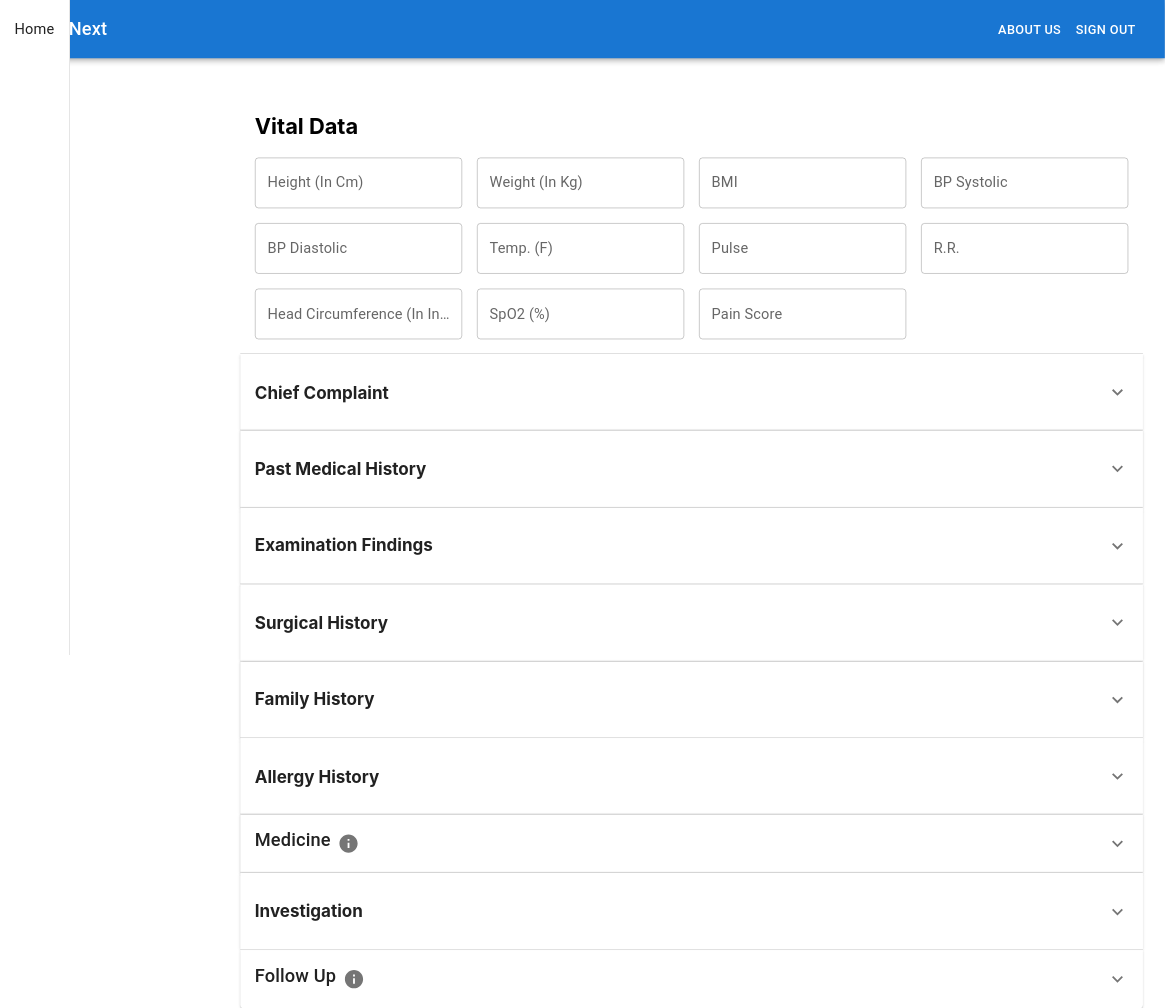
Repository: sshaiv/demo_project
Page: /
These files come from the project's save history. The page is drawn as it stood at one moment and after the next save; the edit follows.
The browser window is 1280 px wide. The pictures show the whole page, at 91% of full size.
The project was rebuilt for these pictures with package versions that can differ from the ones it lists, and the page was loaded fresh each time.

Above is the page before, as saved 2024-08-12 20:01:08.

After the next save:
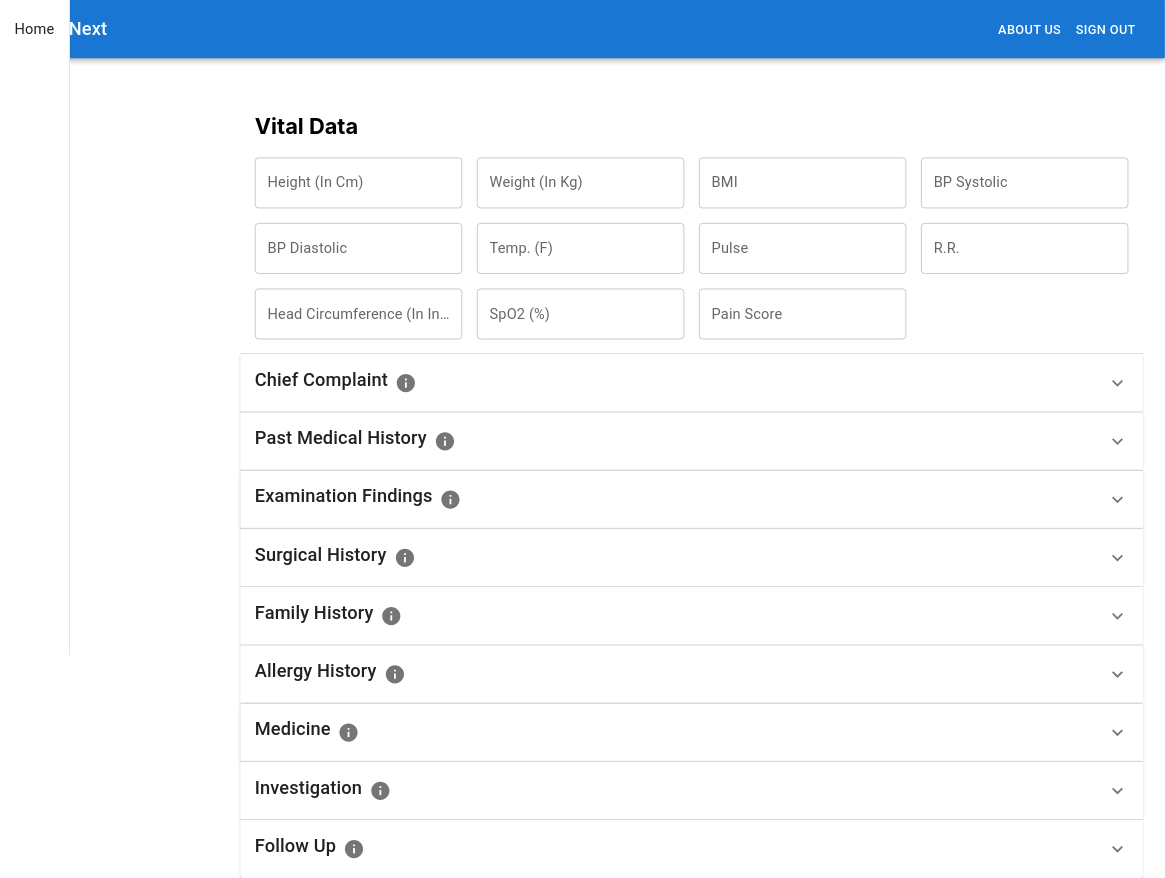
Saved 9 s later.
--- a/src/components/AccordionSection.js
+++ b/src/components/AccordionSection.js
@@ -1,16 +1,23 @@
 import React from 'react';
-import { Accordion, AccordionSummary, AccordionDetails, TextField } from '@mui/material';
+import { Accordion, AccordionSummary, AccordionDetails, TextField, Typography } from '@mui/material';
 import ExpandMoreIcon from '@mui/icons-material/ExpandMore';
+import InfoIcon from '@mui/icons-material/Info';
+import IconButton from '@mui/material/IconButton';
 
-const AccordionSection = ({ title }) => (
-  <Accordion>
-    <AccordionSummary expandIcon={<ExpandMoreIcon />}>
-      <h3>{title}</h3>
-    </AccordionSummary>
-    <AccordionDetails>
-      <TextField label={`Search ${title}`} fullWidth />
-    </AccordionDetails>
-  </Accordion>
-);
+const AccordionSection = ({ title }) => {
+  return (
+    <Accordion>
+      <AccordionSummary expandIcon={<ExpandMoreIcon />}>
+        <Typography variant="h6">{title}</Typography>
+        <IconButton>
+          <InfoIcon />
+        </IconButton>
+      </AccordionSummary>
+      <AccordionDetails>
+        <TextField label={`Search ${title}`} fullWidth margin="normal" />
+      </AccordionDetails>
+    </Accordion>
+  );
+};
 
 export default AccordionSection;
